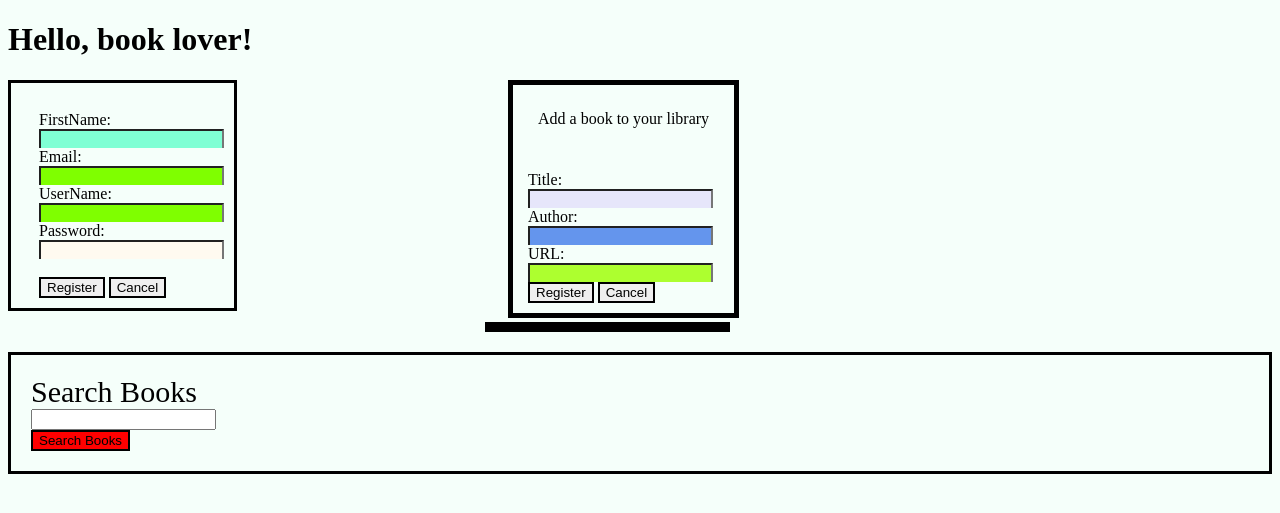
Repository: IuliaGusatu/cloudcomputingProjectSIMPREGusatuIulia
Page: environment/frontend/index.html
The author's editor kept a record of every edit. The page is drawn from the files as they stood at one moment, then again after the next edit.
The browser window is 1280 px wide. The pictures show the whole page.
The page's requests for data from a server got no answer.

Above is the page before.

After the next edit:
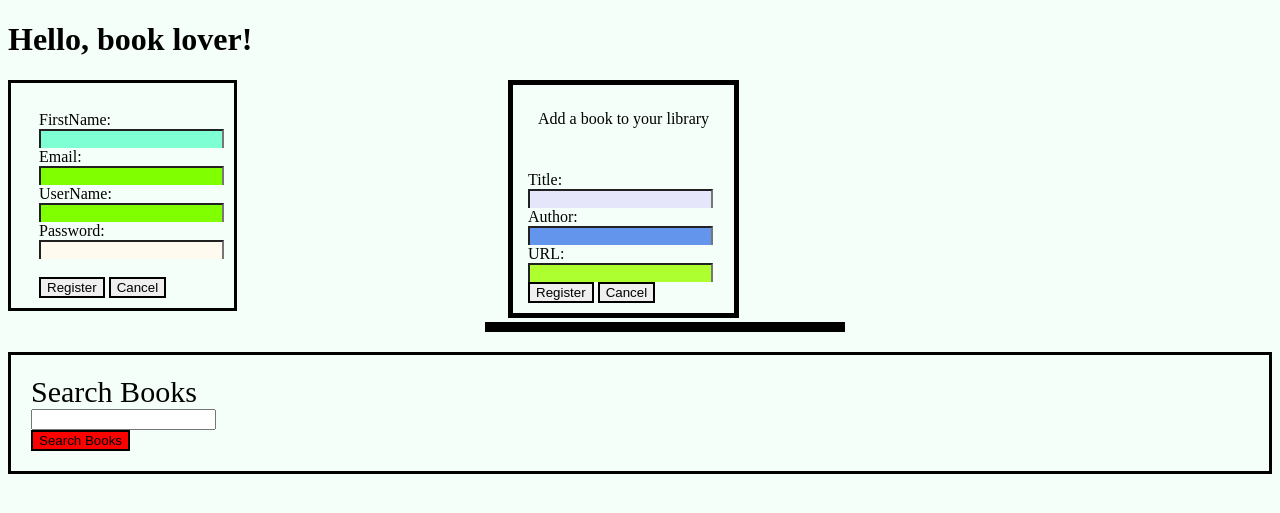
The edit:
--- a/environment/frontend/index.html
+++ b/environment/frontend/index.html
@@ -39,7 +39,7 @@
 </form>
 </div>
 </div>
-<div   onSubmit ="showBooks()"id ="table"style="border-color:black ; border-padding: 10px; border: 5px; border-style: solid; margin-right: 542px; margin-left: 477px;">
+<div   onSubmit ="showBooks()"id ="table"style="border-color:black ; border-padding: 10px; border: 5px; border-style: solid; margin-right: 427px; margin-left: 477px;">
 
 </div>
 <div style="padding:10px">
